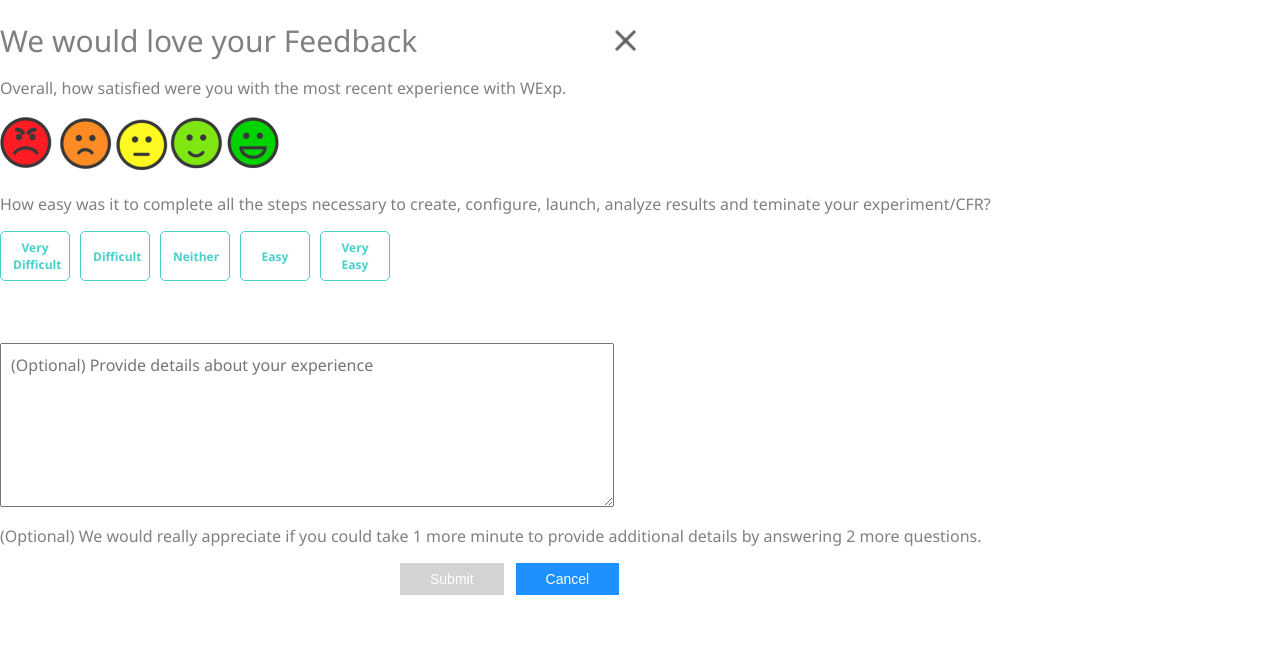
Repository: msfinnan/react-mobx-feedback-form
Page: /
These files come from the project's save history. The page is drawn as it stood at one moment and after the next save; the edit follows.
The browser window is 1280 px wide. The pictures show the whole page.
The project was rebuilt for these pictures with package versions that can differ from the ones it lists, and the page was loaded fresh each time.

Above is the page before, as saved 2019-08-28 10:38:47.

### src/index.tsx
import * as React from 'react';
import * as ReactDOM from 'react-dom';
import './index.css';
import App from './App';
import * as serviceWorker from './serviceWorker';
import { BodyTextStore } from './stores/BodyTextStore';
import { CommentBoxStore } from './stores/CommentBoxStore';

ReactDOM.render(<App bodyTextStore={ new BodyTextStore }/>, document.getElementById('root'));

// If you want your app to work offline and load faster, you can change
// unregister() to register() below. Note this comes with some pitfalls.
// Learn more about service workers: https://bit.ly/CRA-PWA
serviceWorker.unregister();

### src/App.tsx
import * as React from 'react';
import './App.css';
import './Components/BodyText';
// import BodyText from './Components/BodyText';
import { EmojiCollection } from './Components/EmojiCollection';
import { DifficultyButtonCollection } from './Components/DifficultyButtonCollection';
import { SubmissionButtonCollection } from './Components/SubmissionButtonCollection';
import { BodyText } from './Components/BodyText';
import { CommentBox } from './Components/CommentBox';
import { BodyTextStore } from './stores/BodyTextStore';
import { tsExpressionWithTypeArguments } from '@babel/types';
import { CommentBoxStore } from './stores/CommentBoxStore';

interface AppProps {
  bodyTextStore: BodyTextStore;
  commentBoxStore?: CommentBoxStore;
}

class App extends React.Component<AppProps, {}> {
  public render() {
    return (

      <div className="app">
        <div className="top-row">
          <h1 className="header">
            We would love your Feedback
        </h1>
          <img className="close-button" src={require('./images/close_button.PNG')} alt="close button" />
        </div>

        <BodyText text={ this.props.bodyTextStore.firstText } />
        <EmojiCollection />
        <BodyText text={ this.props.bodyTextStore.secondText } />
        <DifficultyButtonCollection />
        <CommentBox commentBoxStore={ new CommentBoxStore }/>
        <BodyText text={ this.props.bodyTextStore.thirdText } />
        <SubmissionButtonCollection />
      </div>

    );
  }
}
{/* <CommentBox text={ this.props.commentBoxStore.commentBoxText } commentBoxClassName={ this.props.commentBoxStore.commentBoxClassName } onChange={this.props.commentBoxStore.handleUserInput}/> */}
export default App;

### src/stores/BodyTextStore.ts
import { observable } from "mobx";

export class BodyTextStore {

    @observable public firstText: string = "Overall, how satisfied were you with the most recent experience with WExp."

    @observable public secondText: string = "How easy was it to complete all the steps necessary to create, configure, launch, analyze results and teminate your experiment/CFR?"

    @observable public thirdText: string ="(Optional) We would really appreciate if you could take 1 more minute to provide additional details by answering 2 more questions."
}

### src/App.css
.app {
    font-family: 'Segoe UI', Tahoma, Verdana, sans-serif;
    font-weight: 500;
    color: grey;
}

.form {
    border: solid dodgerblue 2px;
    padding: 0px 20px 30px 20px;
    width: 625px;
    margin-top: 20px;
    margin-bottom: 20px;
}

.top-row {
    display: flex;
}

.header {
    font-weight: normal;
    font-size: 30px;
    margin-bottom: 0px;
}

.close-button {
    margin-left: 190px;
    margin-top: 25px;
    height: 32px;
}

.buttons-row {
    padding-bottom: 50px;
    display: flex;
}

.difficulty-button {
    color: mediumturquoise;
    background-color:white;
    border: 1px solid mediumturquoise;;
    border-radius: 5px;
    padding-left: 12px;
    padding-right: 12px;
    margin-right: 10px;
    margin-bottom: 12px;
    font-weight: 600;
    font-size: 12px;
    font-family: 'Segoe UI', Tahoma, Verdana, sans-serif;
    width: 70px;
    height: 50px;
    white-space: normal;
}

.difficulty-button-clicked {
    color: mediumturquoise;
    background-color:#E8E8E8;
    border: 1px solid mediumturquoise;;
    border-radius: 5px;
    padding-left: 12px;
    padding-right: 12px;
    margin-right: 10px;
    margin-bottom: 12px;
    font-weight: 600;
    font-size: 12px;
    font-family: 'Segoe UI', Tahoma, Verdana, sans-serif;
    width: 70px;
    height: 50px;
    white-space: normal;
}

.experince-details-textbox {
    width: 600px;
    height: 150px;
    vertical-align: top;
    padding-top: 10px;
    padding-left: 10px;
    text-align: start;
    color: gray;
    font-size: 16px;
    font-family: 'Segoe UI', Tahoma, Verdana, sans-serif;
    font-weight: 500;
    margin-bottom: 2px;
}

.submission-buttons-row {
    margin-left: 400px;
    display: flex;
}

.submit-button {
    background-color: lightgrey;
    border: none;
    color: white;
    padding: 8px 30px;
    text-align: center;
    text-decoration: none;
    font-size: 14px;
    margin-right: 12px;
}

.cancel-button {
    background-color: dodgerblue;
    border: none;
    color: white;
    padding: 8px 30px;
    text-align: center;
    text-decoration: none;
    font-size: 14px;
}

.submit-button-clicked {
    background-color: lightgreen;
    border: none;
    color: white;
    padding: 8px 30px;
    text-align: center;
    text-decoration: none;
    font-size: 14px;
    margin-right: 12px;
}

.cancel-button-clicked {
    background-color: lightcoral;
    border: none;
    color: white;
    padding: 8px 30px;
    text-align: center;
    text-decoration: none;
    font-size: 14px;
}

.emoji-border {
    border: 2px solid #E8E8E8;
}

.user-feedback {
    border: solid dodgerblue 2px;
    padding: 0px 20px 30px 20px;
    width: 625px;
    margin-top: 20px;
    margin-bottom: 20px;
    color: grey;
}

.user-feedback strong {
    font-weight: 500;
}

### src/Components/BodyText.tsx
import * as React from 'react';

export interface BodyProps {
    text: string;
}

//: React.FunctionComponent<BodyProps>

export const BodyText: React.FunctionComponent<BodyProps> = (props: BodyProps): JSX.Element => {
    return (
        <p className="grey-body-text">
            { props.text }
        </p>
    );
}

### src/Components/EmojiCollection.tsx
import * as React from 'react';
import { Emoji } from './Emoji';


export const EmojiCollection: React.FunctionComponent = (): JSX.Element => {

    const emojis: { src: string, alt: string }[] = [
        {
            src: 'images/red_emoji.PNG',
            alt: "red emoji",
        },
        {
            src: 'images/orange_emoji.PNG',
            alt: "orange emoji",
        },
        {
            src: 'images/yellow_emoji.PNG',
            alt: "yellow emoji",
        },
        {
            src: 'images/lt_green_emoji.PNG',
            alt: "light green emoji",
        },
        {
            src: 'images/dk_green_emoji.PNG',
            alt: "dark green emoji",
        },
    ];

    const emojiComponents = emojis.map((emoji, i) => {
        return (
            <Emoji key={i} src={emoji.src} alt={emoji.alt} />
        );
    });

    return (
        <div>
            { emojiComponents }
        </div>
    );

};

### src/Components/DifficultyButtonCollection.tsx
import * as React from 'react';
import { DifficultyButton } from './DifficultyButton';

export const DifficultyButtonCollection: React.FunctionComponent = (): JSX.Element => {
    const difficultyButtons: { buttonText: string }[] = [
        {
            buttonText: "Very Difficult"
        },
        {
            buttonText: "Difficult"
        },
        {
            buttonText: "Neither"
        },
        {
            buttonText: "Easy"
        },
        {
            buttonText: "Very Easy"
        },
    ];

    const difficultyButtonComponents = difficultyButtons.map((button, i) => {
        return (
            <DifficultyButton key={i} buttonText={button.buttonText} />
        )
    })
    return (
        <div className="buttons-row">
            { difficultyButtonComponents }
        </div>
    );


};

### src/Components/SubmissionButtonCollection.tsx
import * as React from 'react';
import { SubmissionButton } from './SubmissionButton';

export const SubmissionButtonCollection: React.FunctionComponent = (): JSX.Element => {
    const submissionButtons: { buttonClass: string, buttonText: string }[] = [
        {
            buttonText: "Submit",
            buttonClass: "submit-button",
        },
        {
            buttonText: "Cancel",
            buttonClass: "cancel-button",
        },
    ];

    const submissionButtonComponents = submissionButtons.map((button, i) => {
        return (
            <SubmissionButton key={i} buttonText={button.buttonText} buttonClass={button.buttonClass} />
        )
    })
    return (
        <div className="submission-buttons-row">
            { submissionButtonComponents }
        </div>
    );


};

### src/Components/CommentBox.tsx
import * as React from 'react';
import { CommentBoxStore } from '../stores/CommentBoxStore';

interface CommentBoxProps {
    // text: string
    // commentBoxClassName: string
    // onChange: (event: React.FormEvent<HTMLFormElement>) => void
    commentBoxStore: CommentBoxStore;
}

export class CommentBox extends React.Component<CommentBoxProps, {}> {
    public userInput: string  = "";


    private onTextInput = (event: React.FormEvent<HTMLTextAreaElement>) => {
        const letterNumber = /^[a-zA-Z0-9',.!? ]*$/;

        if (!event.currentTarget.value.match(letterNumber)){
            alert("Symbols not allowed");
        }

        this.userInput = event.currentTarget.value;
        console.log(`User input: ${this.userInput}`)
    }


    public render() {
        return (
            <textarea
                className={ this.props.commentBoxStore.commentBoxClassName } //could do something with isValidText for conditional formatting here
                onChange={ this.props.commentBoxStore.handleUserInput }
                placeholder={ this.props.commentBoxStore.commentBoxText }
                name="commentBoxInput"></textarea>
        );
    }
}

### src/stores/CommentBoxStore.ts
import { observable, action } from "mobx";

export class CommentBoxStore {
    @observable public commentBoxText: string = "(Optional) Provide details about your experience";

    @observable public commentBoxClassName: string = "experince-details-textbox";

    @observable public commentBoxUserInput: string = "";

    @action public handleUserInput = (event: React.ChangeEvent<HTMLTextAreaElement>): void => {
        this.commentBoxText = event.currentTarget.value;
        console.log(`user input in store is: ${this.commentBoxText}`)
    }
}

### src/Components/Emoji.tsx
import * as React from 'react';
import { observer } from 'mobx-react';
import { observable, action } from 'mobx';


interface EmojiProps {
    src: string;
    alt: string;
}

@observer
export class Emoji extends React.Component<EmojiProps, {}> {
    @observable private buttonClicked: boolean;

    constructor(props: EmojiProps) {
        super(props);
        this.buttonClicked = false;

    }

    @action
    private onButtonClick = (): void => {
        this.buttonClicked = !this.buttonClicked;
    }

    public render(): JSX.Element {
        return (
            <img
                src={ this.props.src }
                className={ this.buttonClicked ? "emoji-border" : null }
                alt={ this.props.alt }
                onClick={ this.onButtonClick }>
            </img>
        );
    }
}

### src/Components/DifficultyButton.tsx
import * as React from 'react';
import { observer } from 'mobx-react'
import { action, observable } from 'mobx';


interface DifficultyButtonProps {
    buttonText: string;
}

@observer
export class DifficultyButton extends React.Component<DifficultyButtonProps, {}> {
    @observable private buttonClicked: boolean;

    constructor(props: DifficultyButtonProps) {
        super(props);
        this.buttonClicked = false;
    }

    @action
    private onButtonClick = (): void => {
        this.buttonClicked = !this.buttonClicked
    };

    public render(): JSX.Element {
        return (
            <button
                className={ this.buttonClicked ? "difficulty-button-clicked": "difficulty-button" }
                type="button"
                onClick={ this.onButtonClick }>
                { this.props.buttonText }
            </button>
        );
    }
}

### src/Components/SubmissionButton.tsx
import * as React from 'react';
import { observable, action } from 'mobx';
import { observer } from 'mobx-react';

interface SubmissionButtonProps {
    buttonText: string;
    buttonClass: string;
}

@observer
export class SubmissionButton extends React.Component<SubmissionButtonProps, {}> {
    @observable private buttonClicked: boolean;

    constructor(props: SubmissionButtonProps) {
        super(props);
        this.buttonClicked = false;
    }

    @action
    private onButtonClick = (): void => {
        this.buttonClicked = !this.buttonClicked
    }

    public render(): JSX.Element {
        return (
            <button
                type="button"
                className={ this.buttonClicked ? this.props.buttonClass + "-clicked" : this.props.buttonClass }
                onClick={ this.onButtonClick }>
                { this.props.buttonText }
            </button>

        );
    }
}

Loaded but not shown: public/index.html (common file); src/index.css (common file); src/serviceWorker.js (common file)

After the next save:
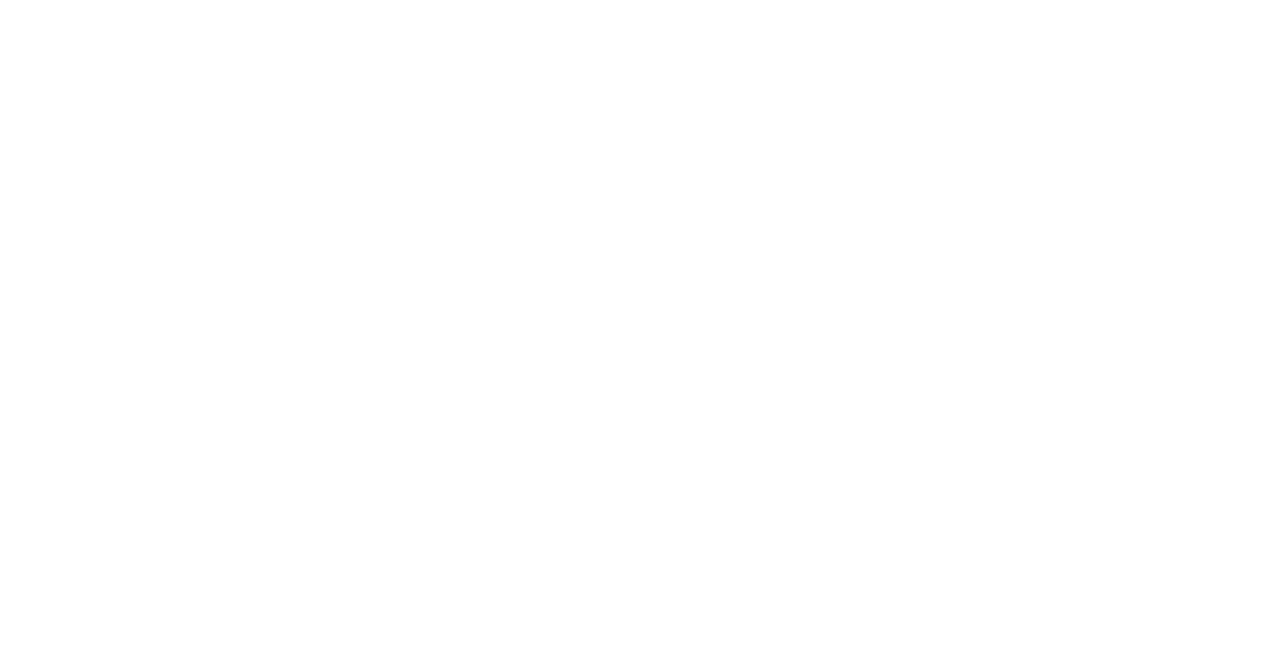
Console error: TypeError: Cannot read properties of undefined (reading 'commentBoxUserInput')
Saved 7 min 16 s later.
--- a/src/App.tsx
+++ b/src/App.tsx
@@ -8,7 +8,6 @@ import { SubmissionButtonCollection } from './Components/SubmissionButtonCollect
 import { BodyText } from './Components/BodyText';
 import { CommentBox } from './Components/CommentBox';
 import { BodyTextStore } from './stores/BodyTextStore';
-import { tsExpressionWithTypeArguments } from '@babel/types';
 import { CommentBoxStore } from './stores/CommentBoxStore';
 
 interface AppProps {
@@ -35,7 +34,13 @@ class App extends React.Component<AppProps, {}> {
         <CommentBox commentBoxStore={ new CommentBoxStore }/>
         <BodyText text={ this.props.bodyTextStore.thirdText } />
         <SubmissionButtonCollection />
+
+        <ul>
+          <li>User Comments: { this.props.commentBoxStore.commentBoxUserInput }</li>
+        </ul>
       </div>
+
+
 
     );
   }

After the save that followed:
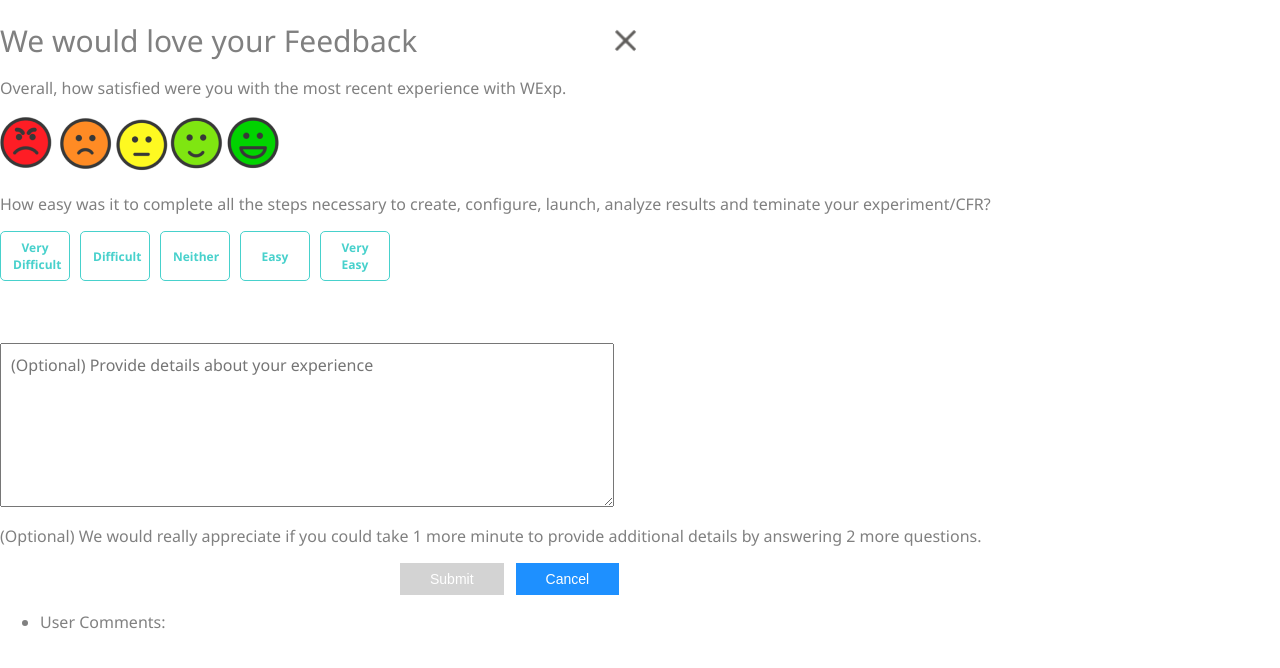
The error is gone.
Saved 48 s later.
--- a/src/index.tsx
+++ b/src/index.tsx
@@ -6,7 +6,7 @@ import * as serviceWorker from './serviceWorker';
 import { BodyTextStore } from './stores/BodyTextStore';
 import { CommentBoxStore } from './stores/CommentBoxStore';
 
-ReactDOM.render(<App bodyTextStore={ new BodyTextStore }/>, document.getElementById('root'));
+ReactDOM.render(<App bodyTextStore={ new BodyTextStore } commentBoxStore={ new CommentBoxStore }/>, document.getElementById('root'));
 
 // If you want your app to work offline and load faster, you can change
 // unregister() to register() below. Note this comes with some pitfalls.
